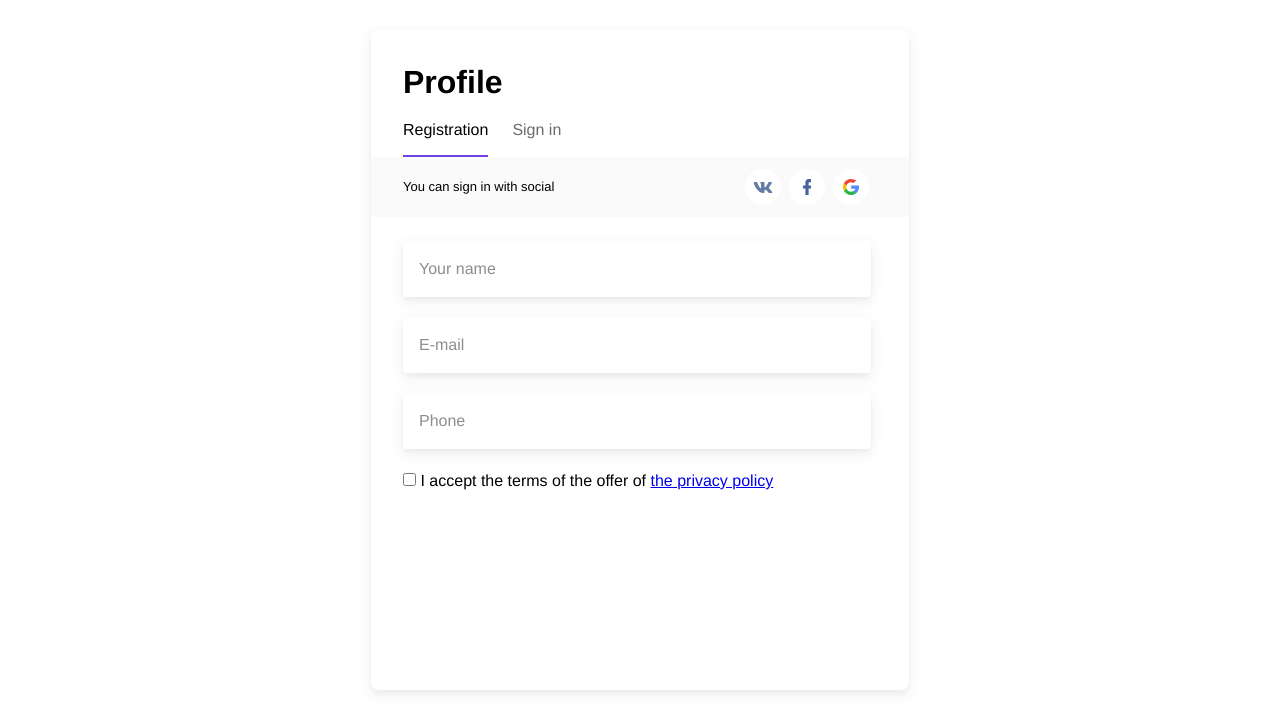
Repository: skydevil1604/vue-test-app
Page: /
The author's editor kept a copy of each file at every save. The page is drawn from the files as they stood at one save, then again after the next save.
The browser window is 1280 px wide. The pictures show the whole page.
The project was rebuilt for these pictures with package versions that can differ from the ones it lists, and the page was loaded fresh each time.

Above is the page before, as saved 2020-04-06 15:08:47.

### public/index.html
<!DOCTYPE html>
<html lang="en">
  <head>
    <meta charset="utf-8">
    <meta http-equiv="X-UA-Compatible" content="IE=edge">
    <meta name="viewport" content="width=device-width,initial-scale=1.0">
    <link rel="icon" href="<%= BASE_URL %>favicon.ico">
    <link rel="stylesheet" href="../src/assets/normalize.css">
    <title><%= htmlWebpackPlugin.options.title %></title>
  </head>
  <body>
    <noscript>
      <strong>We're sorry but <%= htmlWebpackPlugin.options.title %> doesn't work properly without JavaScript enabled. Please enable it to continue.</strong>
    </noscript>
    <div id="app"></div>
    <!-- built files will be auto injected -->
  </body>
</html>

### src/App.vue
<template>
  <div id="app">
    <AuthenticationForm />
  </div>
</template>

<script>
import AuthenticationForm from './components/AuthenticationForm';

export default {
  name: 'App',
  components: {
    AuthenticationForm
  }
}
</script>

<style>
#app {
  font-family: Avenir, Helvetica, Arial, sans-serif;
  -webkit-font-smoothing: antialiased;
  -moz-osx-font-smoothing: grayscale;
  text-align: center;
  display: flex;
  height: 100vh;
}
</style>

### src/components/AuthenticationForm.vue
<template>
    <div class="authentication">
        <h1 class="authentication__header">Profile</h1>
        <Tabs>
            <Tab name="Registration">
                <RegistrationComponent />
            </Tab>
            <Tab name="Sign in">
                <LoginComponent :validate="false"/>
            </Tab>
        </Tabs>
    </div>
</template>
<script>
import Tabs from '@/components/Tabs';
import Tab from '@/components/Tab';
import LoginComponent from '@/components/Login';
import RegistrationComponent from '@/components/Registration';

export default {
    name: 'AuthenticationForm',
    components: {
        Tabs,
        Tab,
        LoginComponent,
        RegistrationComponent,
    }
}
</script>

<style lang="scss" scoped>
    .authentication {
        margin: auto;
        width: 474px;
        height: 628px;
        background: #FFFFFF;
        box-shadow: 0px 4px 16px rgba(51, 51, 51, 0.08), 0px 4px 4px rgba(51, 51, 51, 0.04);
        border-radius: 8px;
        padding-top: 32px;
        padding-left: 32px;
        padding-right: 32px;

            &__header {
                text-align: left;
                font-style: normal;
                font-weight: bold;
                font-size: 32px;
                line-height: 40px;
                margin: 0;
            }
    }
</style>

### src/components/Tabs.vue
<template>
    <div class="tabs">
        <ul class="tabs__list">
            <li
                v-for="(item, index) in items"
                :key="index"
                :class="item.active ? 'tabs__listitem tabs__listitem--active': 'tabs__listitem'"
                >
                <a
                    :href="item.hash"
                    class="tabs__itemlink"
                    v-text="item.name"
                    @click.prevent="showTab(item.hash)">
                </a>
            </li>
        </ul>
        <section class="tabs__content">
            <slot />
        </section>
    </div>
</template>
<script>
export default {
    name: 'Tabs',
    data() {
        return {
            items: [],
            selected: '',
        }
    },
    methods: {
        showTab(target) {
            this.items.forEach(item => item.active = (item.hash === target))
        },
    },
    created() {
        this.items = this.$children
    },
    mounted() {
        const startItem = this.items.findIndex(item => item.start)
        this.items[startItem > 0 ? startItem : 0].active = true;
    }
}
</script>
<style lang="scss" scoped>
.tabs {
    display: flex;
    flex-direction: column;
    &__list {
        display: flex;
        flex-direction: row;
        padding: 0;
        margin-bottom: 0;
        list-style-type: none;
    }
    &__listitem {
        min-width: 50px;
        color: black;
        font-size: 16px;
        line-height: 24px;
        padding-bottom: 15px;
        color: #6B6B6B;
        &--active {
            border-top-width: 6px;
            color: black;
            box-shadow: inset 0px -2px 0px #6E41E2;
        }
        &:first-child {
            border-top-left-radius: 5px;
            margin-right: 24px;
        }
        &:last-child {
            border-top-right-radius: 5px;
        }
    }
    &__itemlink {
        flex: 1;
        display: flex;
        align-items: center;
        text-decoration: none;
        font-size: inherit;
        color: inherit;
    }
}
</style>

### src/components/Tab.vue
<template>
    <div
        :id="hash"
        v-show="active">
        <slot />
    </div>
</template>
<script>
export default {
    name: 'Tab',
    props: {
        name: {
            type: String,
            required: true,
        },
        start: {
            type: Boolean,
            default: false,
        },
    },
    data() {
        return {
            active: false,
        }
    },
    computed: {
        hash() {
            return '%23' + this.name.toLowerCase().replace(/ /g, '-');
        },
    },
}
</script>

### src/components/Login.vue
<template>
  <div class="form-wrapper">
    <div class="social">
      <div class="social__text">You can sign in with social</div>
      <div class="social__items">
        <a class="social__item social__item--vkontakte" href="#">
          <svg width="20" height="11" viewBox="0 0 20 11" fill="none" xmlns="http://www.w3.org/2000/svg">
            <path d="M18.8002 0.74C18.9302 0.32 18.8002 0 18.1802 0H16.1602C15.6402 0 15.4102 0.27 15.2802 0.57C15.2802 0.57 14.2502 3.08 12.7902 4.72C12.3102 5.19 12.1002 5.34 11.8402 5.34C11.7102 5.34 11.5002 5.19 11.5002 4.76V0.74C11.5002 0.23 11.3802 0 10.9502 0H7.7602C7.4402 0 7.2502 0.24 7.2502 0.47C7.2502 0.95 8.0002 1.07 8.0502 2.44V5.42C8.0502 6.08 7.9302 6.2 7.6802 6.2C7.0002 6.2 5.3202 3.67 4.3302 0.79C4.1302 0.23 3.9402 0 3.4202 0H1.3902C0.820195 0 0.700195 0.27 0.700195 0.57C0.700195 1.11 1.3902 3.77 3.9002 7.29C5.5702 9.7 7.9302 11 10.0802 11C11.3702 11 11.5302 10.71 11.5302 10.21V8.39C11.5302 7.82 11.6502 7.7 12.0602 7.7C12.3602 7.7 12.8702 7.85 14.0702 9C15.4502 10.38 15.6702 11 16.4502 11H18.4702C19.0502 11 19.3402 10.71 19.1802 10.14C19.0002 9.57 18.3402 8.74 17.4702 7.76C17.0002 7.21 16.2902 6.61 16.0702 6.3C15.7702 5.92 15.8602 5.75 16.0702 5.4C16.0702 5.4 18.5402 1.93 18.8002 0.74Z" fill="#627DA1"/>
          </svg>
        </a>
        <a class="social__item social__item--facebook" href="#">
          <svg width="8" height="16" viewBox="0 0 8 16" fill="none" xmlns="http://www.w3.org/2000/svg">
            <path d="M8 0V3.2H6.4C5.848 3.2 5.6 3.848 5.6 4.4V6.4H8V9.6H5.6V16H2.4V9.6H0V6.4H2.4V3.2C2.4 2.35131 2.73714 1.53737 3.33726 0.937258C3.93737 0.337142 4.75131 0 5.6 0H8Z" fill="#4B629E"/>
          </svg>
        </a>
        <a class="social__item social__item--google" href="#">
          <svg width="24" height="24" viewBox="0 0 24 24" fill="none" xmlns="http://www.w3.org/2000/svg">
            <rect x="4" y="4" width="15.9995" height="15.9998" fill="white" fill-opacity="0.01"/>
            <path d="M7.54632 13.6683L6.9894 15.7474L4.95387 15.7905C4.34554 14.6621 4.00049 13.3712 4.00049 11.9993C4.00049 10.6727 4.3231 9.42177 4.89496 8.32025H4.8954L6.70759 8.6525L7.50144 10.4538C7.33529 10.9382 7.24473 11.4582 7.24473 11.9993C7.2448 12.5866 7.35117 13.1492 7.54632 13.6683Z" fill="#FBBB00"/>
            <path d="M19.8604 10.5052C19.9523 10.9891 20.0002 11.4889 20.0002 11.9997C20.0002 12.5724 19.9399 13.1311 19.8252 13.67C19.4358 15.5038 18.4182 17.1051 17.0086 18.2383L17.0082 18.2378L14.7256 18.1214L14.4026 16.1047C15.3379 15.5561 16.0689 14.6977 16.454 13.67H12.1763V10.5052H16.5164H19.8604Z" fill="#518EF8"/>
            <path d="M17.0077 18.2383L17.0082 18.2387C15.6373 19.3407 13.8957 20 12 20C8.95349 20 6.30479 18.2972 4.95361 15.7913L7.54607 13.6692C8.22164 15.4722 9.96093 16.7557 12 16.7557C12.8764 16.7557 13.6975 16.5188 14.4021 16.1052L17.0077 18.2383Z" fill="#28B446"/>
            <path d="M17.1068 5.84172L14.5152 7.96344C13.786 7.50763 12.924 7.24433 12.0005 7.24433C9.91533 7.24433 8.14351 8.58671 7.50178 10.4544L4.8957 8.32081H4.89526C6.22666 5.75382 8.90877 4 12.0005 4C13.9416 4 15.7213 4.69143 17.1068 5.84172Z" fill="#F14336"/>
          </svg>
        </a>
      </div>
    </div>
    <form class="form" action="#">
      <input class="form__item" type="email" name="email" id="email" placeholder="E-mail" >
      <input class="form__item" type="password" name="password" id="password" placeholder="Password">
    </form>
  </div>
</template>

<script>


export default {
  name: 'LoginComponent',
};
</script>
<style lang="scss">
  .social {
    height: 60px;
    display: flex;
    justify-content: space-between;
    background: #FAFAFA;
    align-items: center;
    width: 474px;
    margin-left: -32px;
    padding-left: 32px;
    padding-right: 32px;
    margin-bottom: 24px;

      &__text {
        font-style: normal;
        font-weight: normal;
        font-size: 13px;
        line-height: 20px;
      }

      &__items {
        display: flex;
        align-items: center;
      }

      &__item {
        width: 36px;
        height: 36px;
        border-radius: 50%;
        background-color: #ffffff;
        margin-right: 8px;
        display: flex;

          & svg {
            margin: auto;
          }
      }
  }
</style>

### src/components/Registration.vue
<template>
  <div class="form-wrapper">
    <div class="social">
      <div class="social__text">You can sign in with social</div>
      <div class="social__items">
        <a class="social__item social__item--vkontakte" href="#">
          <svg width="20" height="11" viewBox="0 0 20 11" fill="none" xmlns="http://www.w3.org/2000/svg">
            <path d="M18.8002 0.74C18.9302 0.32 18.8002 0 18.1802 0H16.1602C15.6402 0 15.4102 0.27 15.2802 0.57C15.2802 0.57 14.2502 3.08 12.7902 4.72C12.3102 5.19 12.1002 5.34 11.8402 5.34C11.7102 5.34 11.5002 5.19 11.5002 4.76V0.74C11.5002 0.23 11.3802 0 10.9502 0H7.7602C7.4402 0 7.2502 0.24 7.2502 0.47C7.2502 0.95 8.0002 1.07 8.0502 2.44V5.42C8.0502 6.08 7.9302 6.2 7.6802 6.2C7.0002 6.2 5.3202 3.67 4.3302 0.79C4.1302 0.23 3.9402 0 3.4202 0H1.3902C0.820195 0 0.700195 0.27 0.700195 0.57C0.700195 1.11 1.3902 3.77 3.9002 7.29C5.5702 9.7 7.9302 11 10.0802 11C11.3702 11 11.5302 10.71 11.5302 10.21V8.39C11.5302 7.82 11.6502 7.7 12.0602 7.7C12.3602 7.7 12.8702 7.85 14.0702 9C15.4502 10.38 15.6702 11 16.4502 11H18.4702C19.0502 11 19.3402 10.71 19.1802 10.14C19.0002 9.57 18.3402 8.74 17.4702 7.76C17.0002 7.21 16.2902 6.61 16.0702 6.3C15.7702 5.92 15.8602 5.75 16.0702 5.4C16.0702 5.4 18.5402 1.93 18.8002 0.74Z" fill="#627DA1"/>
          </svg>
        </a>
        <a class="social__item social__item--facebook" href="#">
          <svg width="8" height="16" viewBox="0 0 8 16" fill="none" xmlns="http://www.w3.org/2000/svg">
            <path d="M8 0V3.2H6.4C5.848 3.2 5.6 3.848 5.6 4.4V6.4H8V9.6H5.6V16H2.4V9.6H0V6.4H2.4V3.2C2.4 2.35131 2.73714 1.53737 3.33726 0.937258C3.93737 0.337142 4.75131 0 5.6 0H8Z" fill="#4B629E"/>
          </svg>
        </a>
        <a class="social__item social__item--google" href="#">
          <svg width="24" height="24" viewBox="0 0 24 24" fill="none" xmlns="http://www.w3.org/2000/svg">
            <rect x="4" y="4" width="15.9995" height="15.9998" fill="white" fill-opacity="0.01"/>
            <path d="M7.54632 13.6683L6.9894 15.7474L4.95387 15.7905C4.34554 14.6621 4.00049 13.3712 4.00049 11.9993C4.00049 10.6727 4.3231 9.42177 4.89496 8.32025H4.8954L6.70759 8.6525L7.50144 10.4538C7.33529 10.9382 7.24473 11.4582 7.24473 11.9993C7.2448 12.5866 7.35117 13.1492 7.54632 13.6683Z" fill="#FBBB00"/>
            <path d="M19.8604 10.5052C19.9523 10.9891 20.0002 11.4889 20.0002 11.9997C20.0002 12.5724 19.9399 13.1311 19.8252 13.67C19.4358 15.5038 18.4182 17.1051 17.0086 18.2383L17.0082 18.2378L14.7256 18.1214L14.4026 16.1047C15.3379 15.5561 16.0689 14.6977 16.454 13.67H12.1763V10.5052H16.5164H19.8604Z" fill="#518EF8"/>
            <path d="M17.0077 18.2383L17.0082 18.2387C15.6373 19.3407 13.8957 20 12 20C8.95349 20 6.30479 18.2972 4.95361 15.7913L7.54607 13.6692C8.22164 15.4722 9.96093 16.7557 12 16.7557C12.8764 16.7557 13.6975 16.5188 14.4021 16.1052L17.0077 18.2383Z" fill="#28B446"/>
            <path d="M17.1068 5.84172L14.5152 7.96344C13.786 7.50763 12.924 7.24433 12.0005 7.24433C9.91533 7.24433 8.14351 8.58671 7.50178 10.4544L4.8957 8.32081H4.89526C6.22666 5.75382 8.90877 4 12.0005 4C13.9416 4 15.7213 4.69143 17.1068 5.84172Z" fill="#F14336"/>
          </svg>
        </a>
      </div>
    </div>
    <form class="form" action="#">
      <input class="form__item" type="text" name="name" id="name" placeholder="Your name">
      <input class="form__item" type="email" name="email" id="email" placeholder="E-mail" >
      <input class="form__item" type="tel" name="tel" id="tel" placeholder="Phone">
      <div class="form__checkbox">
        <input type="checkbox" id="acception">
        <label for="acception">
          I accept the terms of the offer of <a href="#">the privacy policy</a>
        </label>
      </div>


    </form>
  </div>
</template>

<script>


export default {
  name: 'RegistrationComponent',
}
</script>

<style lang="scss">

  @mixin placeholder {
    &::-webkit-input-placeholder { color: rgba(17, 17, 17, 0.48) }
    &:-moz-placeholder           { color: rgba(17, 17, 17, 0.48) }
    &::-moz-placeholder          { color: rgba(17, 17, 17, 0.48) }
    &:-ms-input-placeholder      { color: rgba(17, 17, 17, 0.48) }
}
  @mixin placeholder-move-on-focus {
    &:focus::-webkit-input-placeholder { line-height: 20px;  transition: line-height 0.5s ease; }
    &:focus:-moz-placeholder           { line-height: 20px;  transition: line-height 0.5s ease; }
    &:focus::-moz-placeholder          { line-height: 20px;  transition: line-height 0.5s ease; }
    &:focus:-ms-input-placeholder      { line-height: 20px;  transition: line-height 0.5s ease; }
    &:focus::-webkit-input-placeholder { line-height: 100px; transition: line-height 0.5s ease; }
    &:focus:-moz-placeholder           { line-height: 100px; transition: line-height 0.5s ease; }
    &:focus::-moz-placeholder          { line-height: 100px; transition: line-height 0.5s ease; }
    &:focus:-ms-input-placeholder      { line-height: 100px; transition: line-height 0.5s ease; }
}

  .form {
    display: flex;
    flex-direction: column;

      &__item {
        width: 92%;
        box-shadow: 0px 4px 16px rgba(51, 51, 51, 0.08), 0px 4px 4px rgba(51, 51, 51, 0.04);
        border-radius: 4px;
        font-style: normal;
        font-weight: normal;
        font-size: 16px;
        line-height: 24px;
        color: #111111;
        padding: 16px;
        margin-bottom: 20px;
        outline: none;
        border: none;
        @include placeholder;
        @include placeholder-move-on-focus;
      }

      &__checkbox {
        text-align: left;

          & label {
            font-size: 16px;
            line-height: 24px;
            color: #000000;
          }
      }
  }
</style>

Loaded but not shown: src/main.js (common file); src/assets/normalize.css (library)

After the next save:
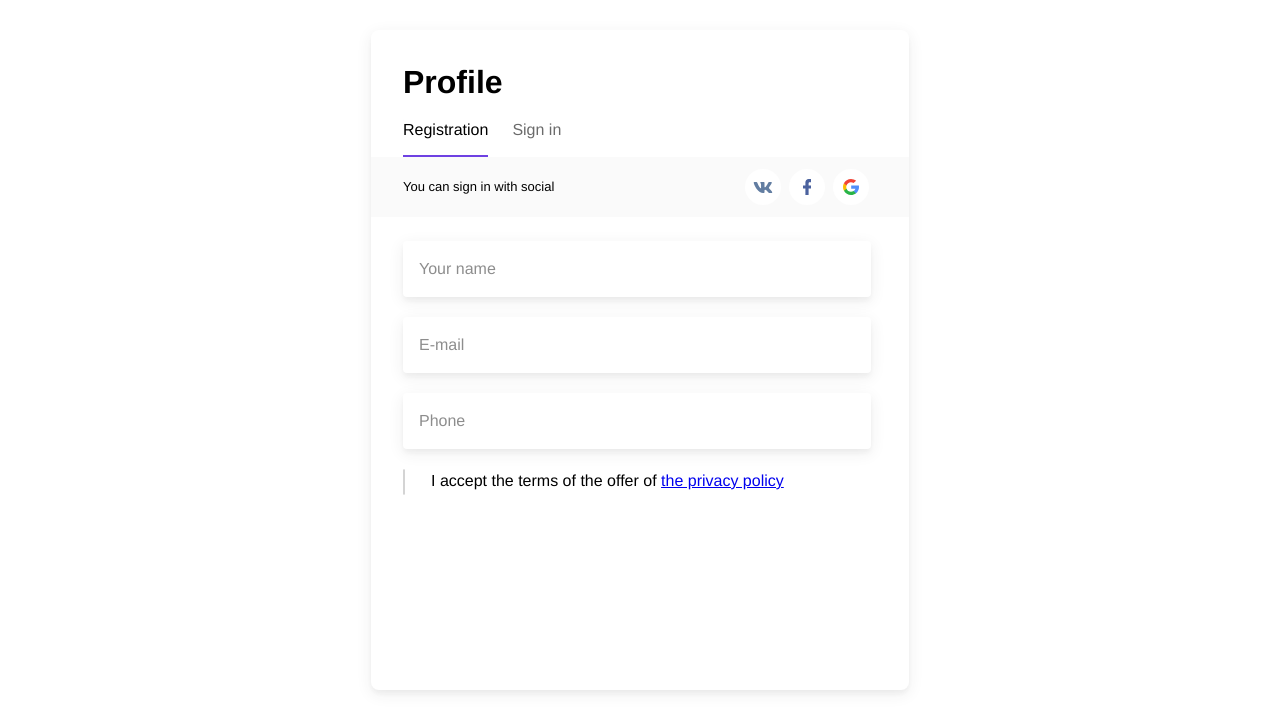
Saved 9 min 19 s later.
--- a/src/components/Registration.vue
+++ b/src/components/Registration.vue
@@ -97,5 +97,29 @@ export default {
             color: #000000;
           }
       }
+
+      input[type="checkbox"]:checked,
+      input[type="checkbox"]:not(:checked) {
+        position: absolute;
+        left: -9999px;
+      }
+      input[type="checkbox"]:checked + label,
+      input[type="checkbox"]:not(:checked) + label {
+        display: inline-block;
+        position: relative;
+        padding-left: 28px;
+        cursor: pointer;
+      }
+      input[type="checkbox"]:checked + label:before,
+      input[type="checkbox"]:not(:checked) + label:before {
+        content: "";
+        position: absolute;
+        left: 0px;
+        top: 0px;
+        width: 24;
+        height: 24px;
+        border: 1px solid #D4D4D4;
+        border-radius: 4px;
+      }
   }
 </style>
